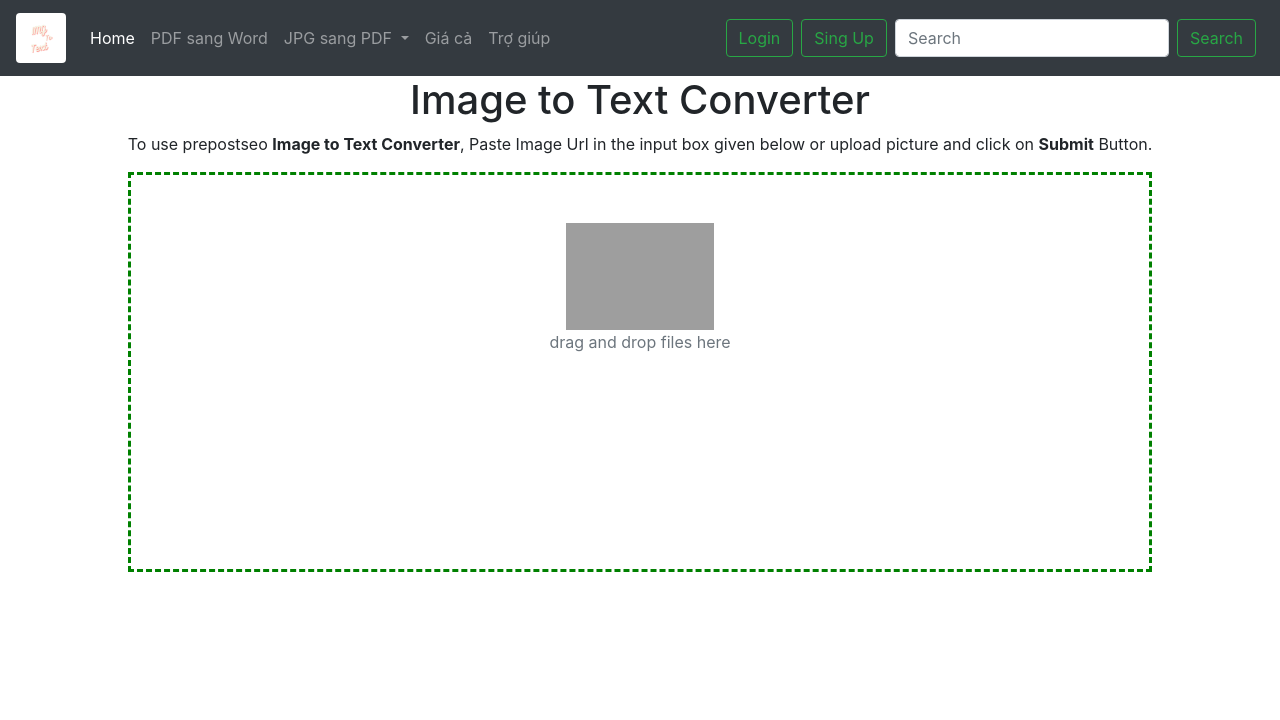
Repository: Tung1227/PBL6-2022
Page: index.html
The author's editor kept a copy of each file at every save. The page is drawn from the files as they stood at one save, then again after the next save.
The browser window is 1280 px wide. The pictures show the whole page.
Pictures or frames that could not be fetched are drawn as grey boxes.

Above is the page before, as saved 2022-09-16 21:09:28.

After the next save:
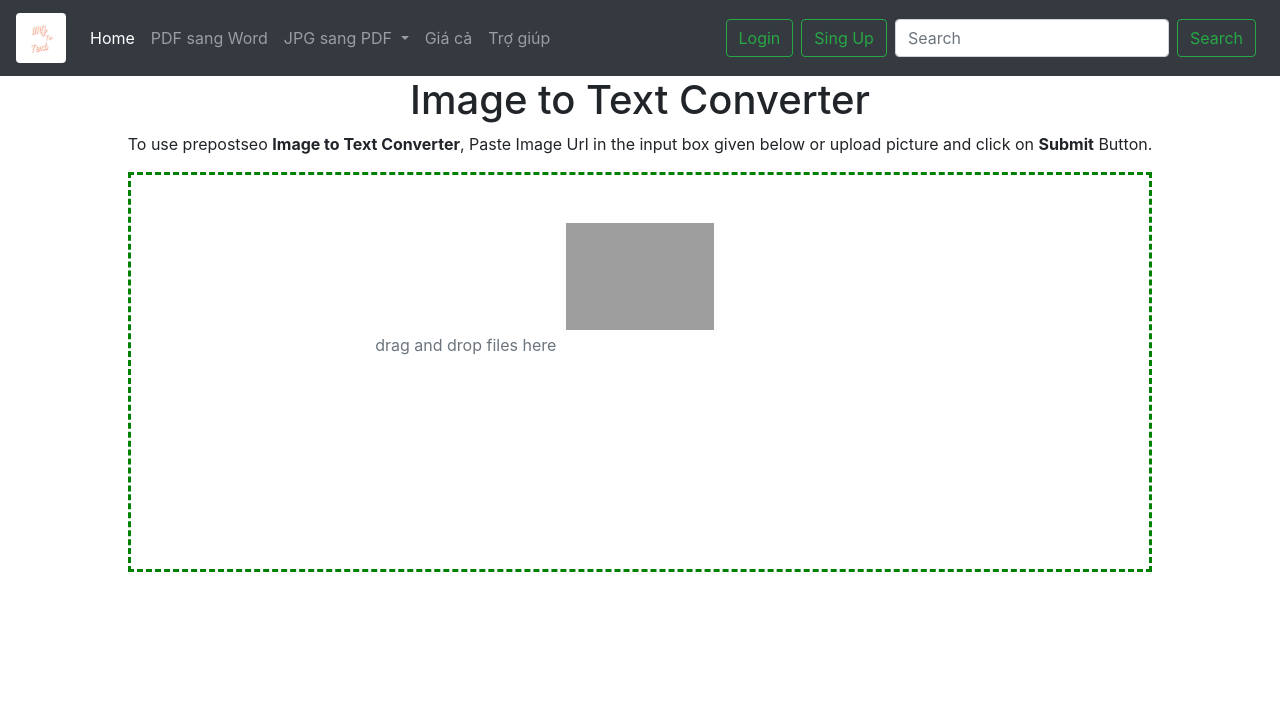
Saved 2 min 41 s later.
--- a/public/css/index.css
+++ b/public/css/index.css
@@ -9,7 +9,7 @@
 }
 
 .file-input {
-    position: absolute;
+    height: 100%;
     cursor: pointer;
     opacity: 0;
 }
